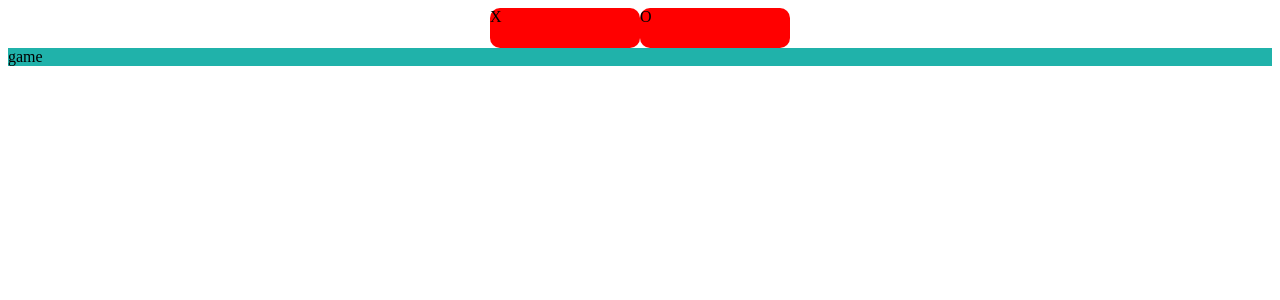
Repository: vahid242/viGame
Page: http://localhost/tic-tac-toe
The author's editor kept a record of every edit. The page is drawn from the files as they stood at one moment, then again after the next edit.
The browser window is 1280 px wide. The pictures show the whole page.
The page is served by the project's Node server (v1/app.js).

Above is the page before.

After the next edit:
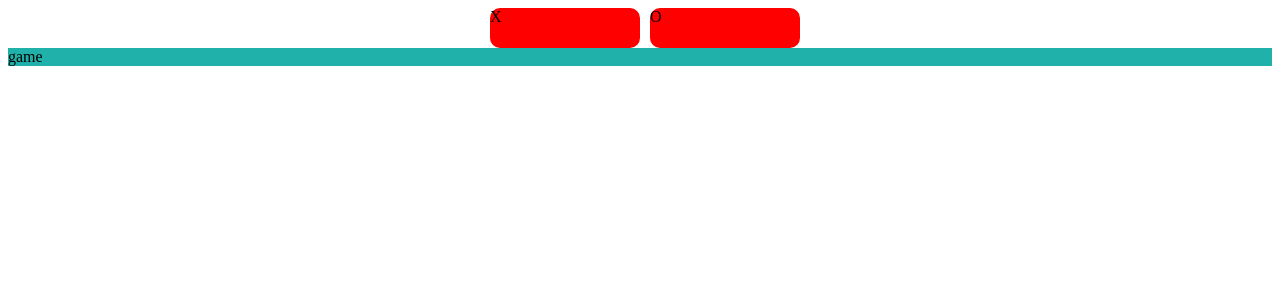
The edit:
--- a/v1/public/tic.css
+++ b/v1/public/tic.css
@@ -12,6 +12,7 @@
     width: 150px;
     height: 40px;
     border-radius: 10px;
+    margin: 0 10px;
 }
 #oChose{
     background-color: red;
